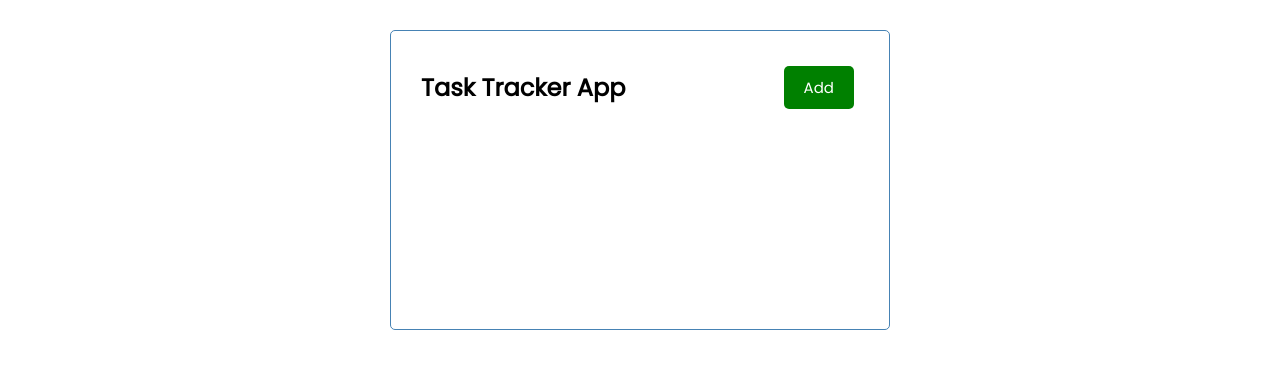
Repository: feyroozecode/task_tracker
Page: /
The author's editor kept a copy of each file at every save. The page is drawn from the files as they stood at one save, then again after a run of saves.
The browser window is 1280 px wide. The pictures show the whole page.
The project was rebuilt for these pictures with package versions that can differ from the ones it lists, and the page was loaded fresh each time.

Above is the page before, as saved 2023-10-20 06:54:28.

### public/index.html
<!DOCTYPE html>
<html lang="en">
  <head>
    <meta charset="utf-8" />
    <link rel="icon" href="%PUBLIC_URL%/favicon.ico" />
    <meta name="viewport" content="width=device-width, initial-scale=1" />
    <meta name="theme-color" content="#000000" />
    <meta
      name="description"
      content="Web site created using create-react-app"
    />
    <link rel="apple-touch-icon" href="%PUBLIC_URL%/logo192.png" />

    <link rel="manifest" href="%PUBLIC_URL%/manifest.json" />

    <title>React App</title>
  </head>
  <body>
    <noscript>You need to enable JavaScript to run this app.</noscript>

    <div id="root"></div>

  </body>
</html>

### src/App.js
import Header from './components/Header'
import Tasks from './components/Tasks'

/**
 * A App component entry of the React App
*/
const App = ()  => {
   const appName = 'Task Tracker App'

   return (
     <div className="container">
      <Header title={appName} />

     </div>
   );

}

export default App;

### src/components/Header.js
import PropTypes from 'prop-types'
import AddButton from './AddButton'

/*
 * Header compnent show title and use a AddButton component for add new task
*/
const Header = ({ title }) => {

    const onClick = (e) => {
        console.log('Click Add Btn');
    }

    return (
        <header className='header'>
            <h2 > { title } </h2>
            <AddButton color='green' text='Add' onClick={onClick} />

        </header>
    )
}

// set default title
Header.defaultProps = {
    title: 'Task Tracker'
}

Header.propTypes = {
    title: PropTypes.string.isRequired  // title is required by the header
}

export default Header

### src/components/AddButton.js
import PropTypes from 'prop-types'

/*
 * AddButton component used for adding a new task
 * @param color => define a button background color
 * @param text => a text to show on button
 * @param onClick => onClick function to call when btn is clicked
*/
const AddButton = ({color, text, onClick}) => {

    return (
     <button
         className='btn'
        style={{ backgroundColor: color }}
        onClick={onClick}
     > {text} </button>
    )
}

AddButton.defaultProps = {
    color: 'steetblue' // default color of button
}

// define a different props types to prevent error and for type checking
AddButton.propTypes = {
    text: PropTypes.string,
    color: PropTypes.string,
    onClick: PropTypes.func.isRequired
}

export default AddButton

### src/components/Tasks.js
const tasks = [
    {
        id: 1,
        text: 'Read Quraan',
        day: 'Oct 20th at 6h00',
        reminder: true
    },
    {
        id: 2,
        text: 'Code a React Project ',
        day: 'Oct 20th at 6h30',
        reminder: false
    },
    {
        id: 3,
        text: 'Learn Project Management',
        day: 'Oct 21th at 6h30',
        reminder: true
    },
];

const Tasks = () => {
    return (
       <>
       { tasks.map((task) => ( <h3> task.text </h3> )  ) }
       </>
    );
}

export default Tasks

Loaded but not shown: src/index.js (common file); src/index.css (common file)

After the next 2 saves:
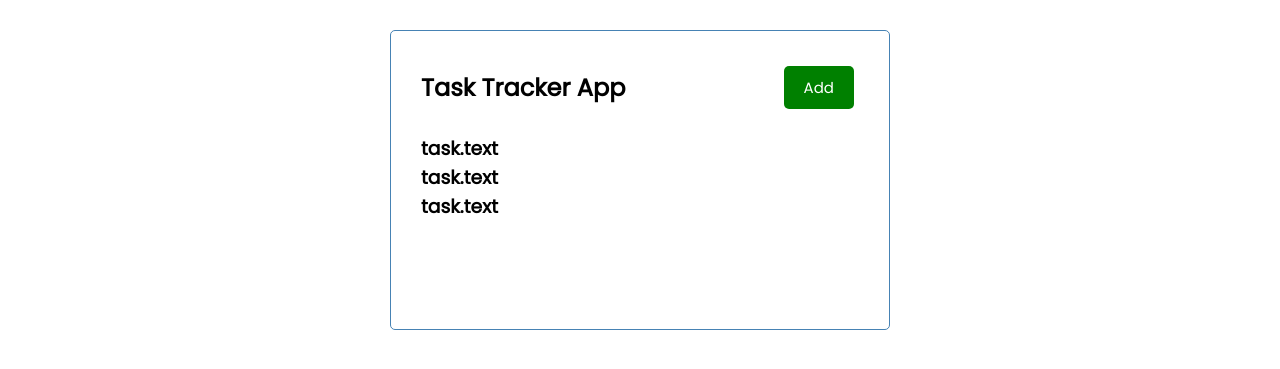
The 2 saves are shown as one change because 1 did not build or start.
The last was saved 8 s later.
--- a/src/App.js
+++ b/src/App.js
@@ -10,7 +10,7 @@ const App = ()  => {
    return (
      <div className="container">
       <Header title={appName} />
-
+      <Tasks />
      </div>
    );
 
